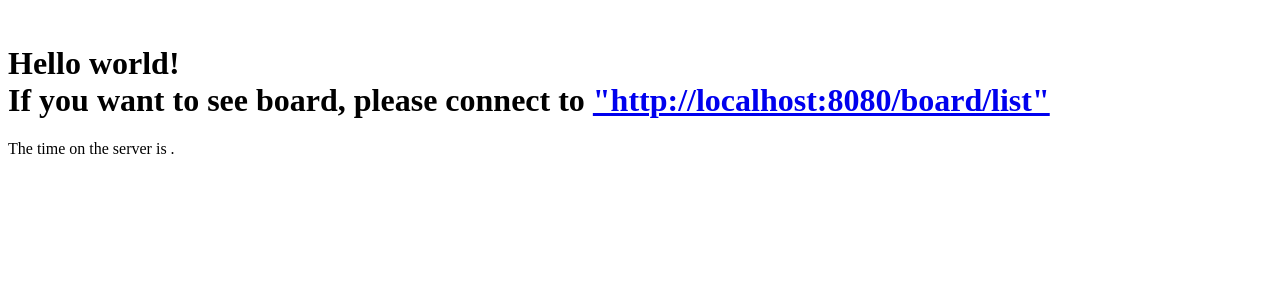
Repository: xx10222/STS_MVC2_Board
Page: http://localhost/project2/WEB-INF/views/home.jsp
These files come from the project's save history. The page is drawn as it stood at one moment and after the next save; the edit follows.
The browser window is 1280 px wide. The pictures show the whole page.
The page is served by Tomcat 9. Nobody is signed in. The template is opened directly, without the code that normally fills it, so the values that code supplies are empty.

Above is the page before, as saved 2020-05-28 15:19:20.

After the next save:
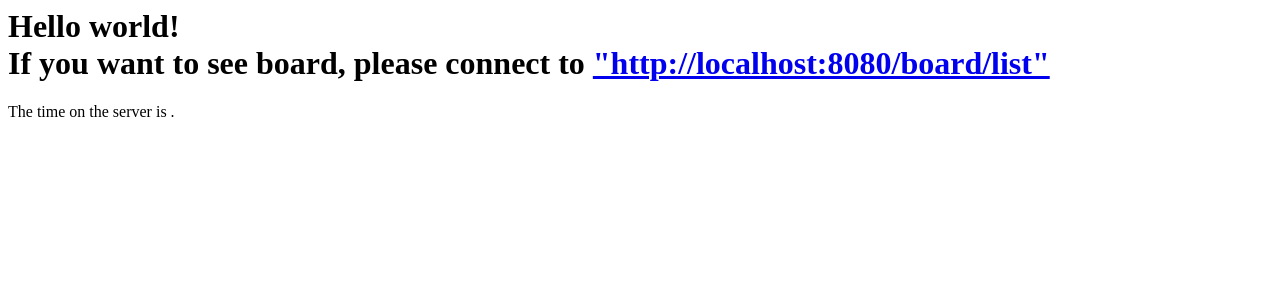
Saved 33 s later.
--- a/project2/src/main/webapp/WEB-INF/views/home.jsp
+++ b/project2/src/main/webapp/WEB-INF/views/home.jsp
@@ -6,8 +6,8 @@
 </head>
 <body>
 <h1>
-	<br>Hello world!</br>
-	If you want to see board, please connect to <a href = "/board/list">"http://localhost:8080/board/list"</a>
+	Hello world!
+	<br>If you want to see board, please connect to <a href = "/board/list">"http://localhost:8080/board/list"</a></br>
 </h1>
 
 <P>  The time on the server is ${serverTime}. </P>
